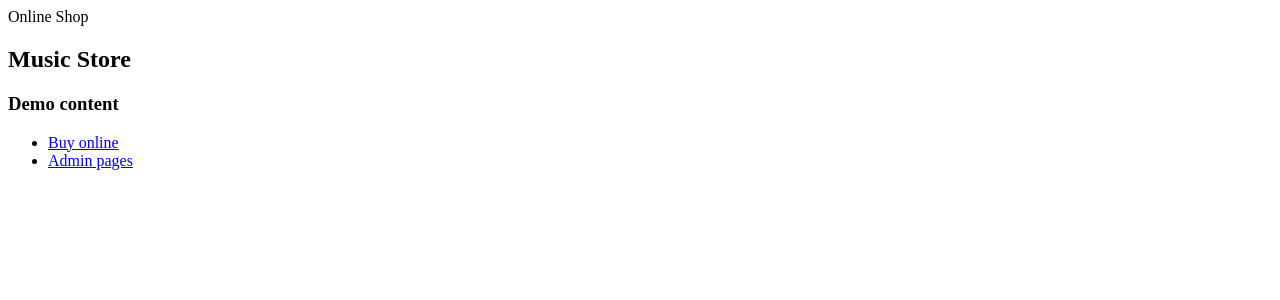
Repository: OnlyLight/Dua_Thu
Page: http://localhost/MusicStore/
An editor plug-in stored every save of this project. The page is shown before and after the next save, followed by the edit.
The browser window is 1280 px wide. The pictures show the whole page.
The page is served by Tomcat 9.

Above is the page before, as saved 2018-05-13 03:12:22.

After the next save:
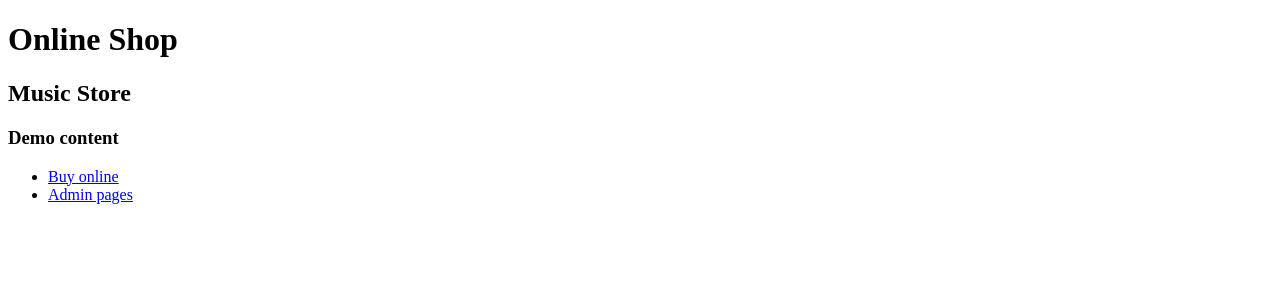
Saved 2 s later.
--- a/JavaWeb/MusicStore/src/main/webapp/WEB-INF/views/_header.jsp
+++ b/JavaWeb/MusicStore/src/main/webapp/WEB-INF/views/_header.jsp
@@ -3,5 +3,5 @@
 <%@ taglib uri="http://java.sun.com/jsp/jstl/core" prefix="c"%>
 
 <div class="header-container">
-	<div>Online Shop</div>
+	<h1>Online Shop</h1>
 </div>
